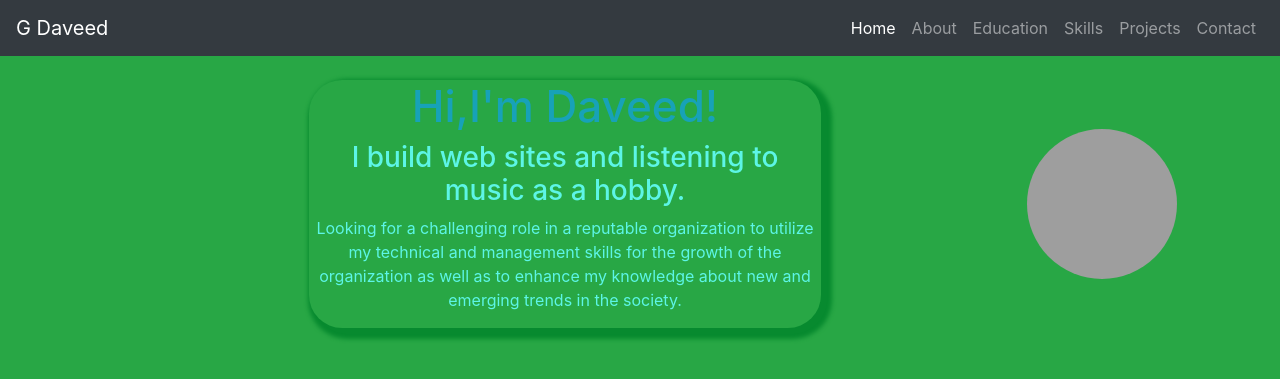
Repository: DaveedGangi/DaveedWebsite
Page: one.html
An editor plug-in stored every save of this project. The page is shown before and after a run of saves, followed by the edit.
The browser window is 1280 px wide. The pictures show the whole page.
Pictures or frames that could not be fetched are drawn as grey boxes.

Above is the page before, as saved 2023-10-23 12:03:18.

After the next 5 saves:
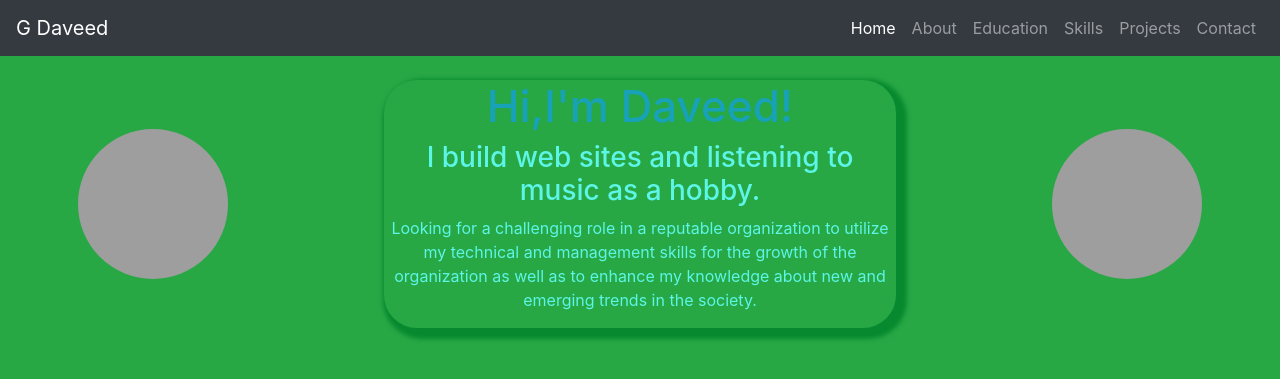
The 5 saves are shown as one change because they came seconds apart.
The last was saved 14 s later.
--- a/two.css
+++ b/two.css
@@ -42,6 +42,8 @@
         display: flex;
         flex-direction: row;
     }
-    .image1{}
+    .image1{
+        display:block;
+    }
 
 }
